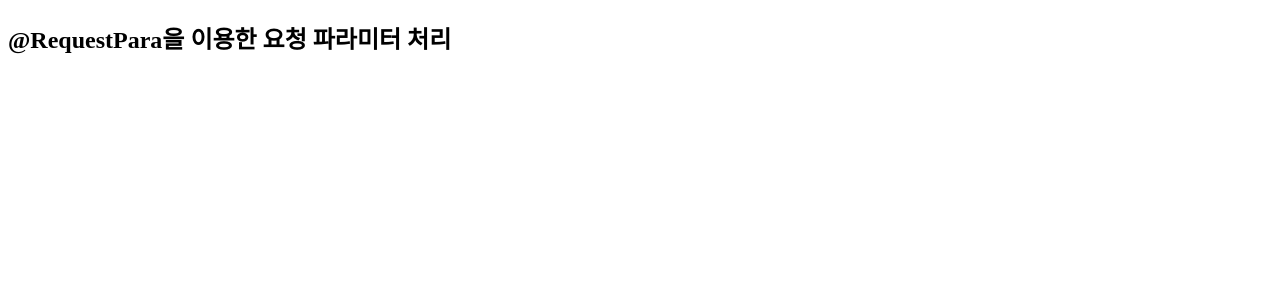
Repository: fellownew/framework_workspace
Page: http://localhost/spring_mvc_03_annotation/param/requestForm.do
An editor plug-in stored every save of this project. The page is shown before and after the next save, followed by the edit.
The browser window is 1280 px wide. The pictures show the whole page.
The page is served by Tomcat 9. Other server files are loaded and not shown.

Above is the page before, as saved 2015-05-13 07:14:43.

### spring_mvc_03_annotation/WebContent/WEB-INF/view/request_form.jsp
<%@ page contentType="text/html;charset=UTF-8"%>
<!DOCTYPE html>
<html>
<head>
<meta charset="UTF-8">
<title>request_form</title>
</head>
<body>
<h2>@RequestPara을 이용한 요청 파라미터 처리</h2>


</body>
</html>

After the next save:
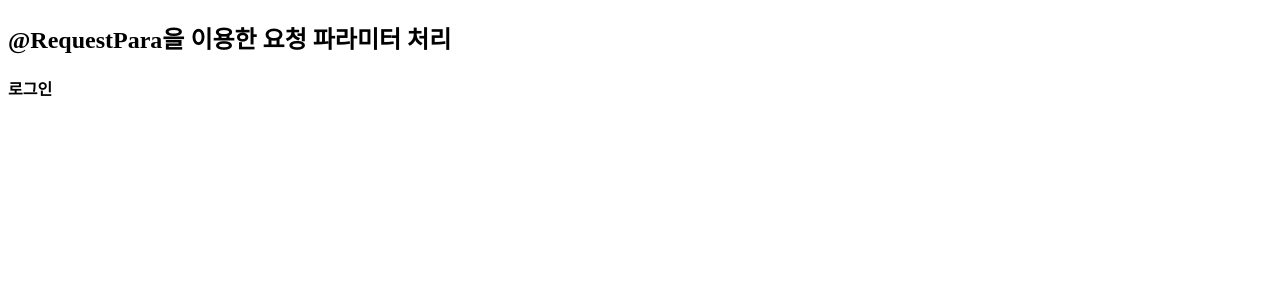
Saved 21 s later.
--- a/spring_mvc_03_annotation/WebContent/WEB-INF/view/request_form.jsp
+++ b/spring_mvc_03_annotation/WebContent/WEB-INF/view/request_form.jsp
@@ -7,7 +7,11 @@
 </head>
 <body>
 <h2>@RequestPara을 이용한 요청 파라미터 처리</h2>
+<h4>로그인</h4>
+	<form action="" method="post">
 
+
+	</form>
 
 </body>
 </html>
